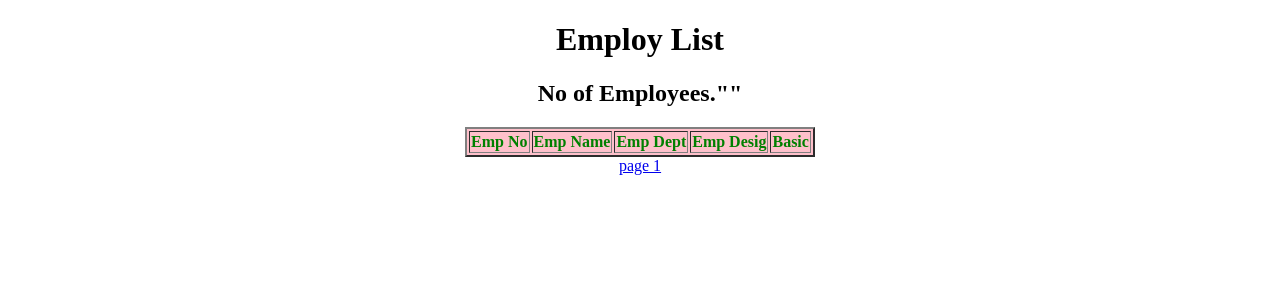
Repository: 1919satya/documents1-2
Page: http://localhost/springData/WEB-INF/views/home.jsp
An editor plug-in stored every save of this project. The page is shown before and after the next save, followed by the edit.
The browser window is 1280 px wide. The pictures show the whole page.
The page is served by Tomcat 9. Nobody is signed in. Other server files are loaded and not shown. The template is opened directly, without the code that normally fills it, so the values that code supplies are empty.

Above is the page before, as saved 2019-10-16 09:15:04.

### AdvanceSpring/springData/src/main/webapp/WEB-INF/views/home.jsp
<%@page contentType="text/html" pageEncoding="UTF-8"%>
<!DOCTYPE HTML PUBLIC "-//W3C//DTD HTML 4.01 Transitional//EN"
   "http://www.w3.org/TR/html4/loose.dtd">
<%@ taglib uri="http://java.sun.com/jsp/jstl/core" prefix="c"%>
<%@ taglib uri="http://www.springframework.org/tags/form" prefix="form"%>
<html>
<head>
<meta http-equiv="Content-Type" content="text/html; charset=ISO-8859-1">
<title>Insert title here</title>
</head>
<body>
	<div align="center">
		<h1>Employ List</h1>
		<h2>No of Employees."${listEmploy.size()}"</h2>
		<table border=2, bgcolor="pink">

			<th style="color: green">Emp No</th>
			<th style="color: green">Emp Name</th>
			<th style="color: green">Emp Dept</th>
			<th style="color: green">Emp Desig</th>
			<th style="color: green">Basic</th>

			<c:forEach var="emp" items="${listEmploy}">
				<tr>
					<td>${emp.empno}</td>
					<td>${emp.name}</td>
					<td>${emp.dept}</td>
					<td>${emp.desig}</td>
					<td>${emp.basic}</td>
				</tr>
			</c:forEach>
		</table>
		<!--  <a href="/displayjavadeveloper" />Display java Developer </a></br>
		<a href="/displayjavaemploy" />Display java Employ </a></br>
		<a href="/displayjavamanager" />Display java Manager </a></br>
		<a href="/displayjavawithS" />Display java Employ with S letter </a></br>
		<a href="/displayAllSortByDesign" />Display All order by Designation </a></br>
		<a href="/displayAllSortByDescending" />Display All order by Descending order </a></br>
		<a href="/displayAllSortByDescendingAndsortbydept" />Display All order by Descending order And sort by Dept </a></br>
		<a href="/displayjavaemployAndsortsalaryinDesc" />Display java Employ And sort salary </a></br>-->
		<a href="/displayAll/page/0" />page 1 </a>
	</div>

</body>
</html>

After the next save:
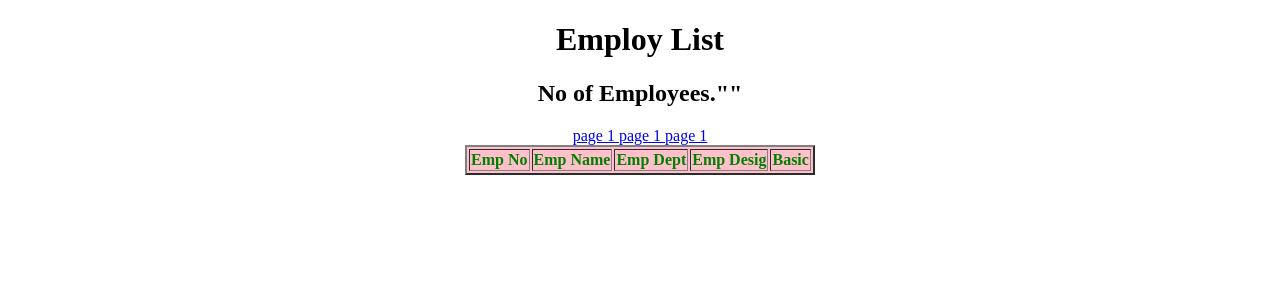
Saved 75 s later.
--- a/AdvanceSpring/springData/src/main/webapp/WEB-INF/views/home.jsp
+++ b/AdvanceSpring/springData/src/main/webapp/WEB-INF/views/home.jsp
@@ -12,6 +12,10 @@
 	<div align="center">
 		<h1>Employ List</h1>
 		<h2>No of Employees."${listEmploy.size()}"</h2>
+
+		<a href="/displayAll/page/0" />page 1 </a>
+		<a href="/displayAll/page/1" />page 1 </a>
+		<a href="/displayAll/page/3" />page 1 </a>
 		<table border=2, bgcolor="pink">
 
 			<th style="color: green">Emp No</th>
@@ -38,7 +42,7 @@
 		<a href="/displayAllSortByDescending" />Display All order by Descending order </a></br>
 		<a href="/displayAllSortByDescendingAndsortbydept" />Display All order by Descending order And sort by Dept </a></br>
 		<a href="/displayjavaemployAndsortsalaryinDesc" />Display java Employ And sort salary </a></br>-->
-		<a href="/displayAll/page/0" />page 1 </a>
+
 	</div>
 
 </body>
